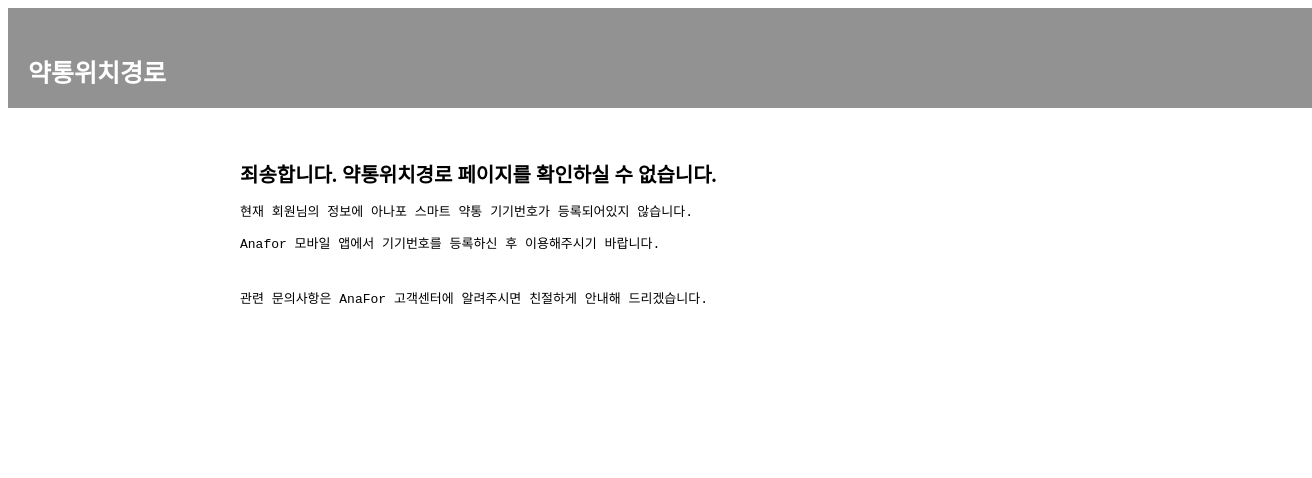
Repository: euzny/Spring-Website
Page: http://localhost/anafor/WEB-INF/views/my_info/notAccept.jsp
An editor plug-in stored every save of this project. The page is shown before and after the next save, followed by the edit.
The browser window is 1280 px wide. The page is 1312 px wide, so the pictures cover 1312 px, including what lies to the right of the window. The pictures show the whole page.
The page is served by Tomcat 9. Nobody is signed in. Other server files are loaded and not shown. The template is opened directly, without the code that normally fills it, so the values that code supplies are empty.

Above is the page before, as saved 2022-06-23 02:36:45.

### Workspace/anafor/src/main/webapp/WEB-INF/views/my_info/notAccept.jsp
<%@ page language="java" contentType="text/html; charset=UTF-8"
    pageEncoding="UTF-8"%>
<!DOCTYPE html>
<html>
<head>
<meta charset="UTF-8">
<title>Insert title here</title>
<style>
 	#header {
	   width:100%;
	   height:60px;
	   padding: 20px;
	   background-color:#929292;
	   border-bottom: 1px solid white;
	}
	#header h3{
	   font-size: 25px;
	   font-weight: bold;
	   text-align: left;
	   color: white;
	}

	#notice{
		width : 800px;
		margin: 50px auto;
	}
	#notice h3{
	   font-size: 20px;
	   font-weight:600;
	   margin-bottom:10px;
	   text-align:left;
	}
	#notice pre{
		margin-bottom:5px;
		 text-align:left;
	}
   	</style>
</head>
<body>
<div id="header">
  	<h3>약통위치경로</h3>
</div>
<div id="notice">
	<h3>죄송합니다. 약통위치경로 페이지를 확인하실 수 없습니다.</h3>
		<pre>현재 회원님의 정보에 아나포 스마트 약통 기기번호가 등록되어있지 않습니다.</pre>
		<pre>Anafor 모바일 앱에서 기기번호를 등록하신 후 이용해주시기 바랍니다.</pre>
		<br>
		<pre>관련 문의사항은 AnaFor 고객센터에 알려주시면 친절하게 안내해 드리겠습니다.</pre>
</div>
</body>
</html>

After the next save:
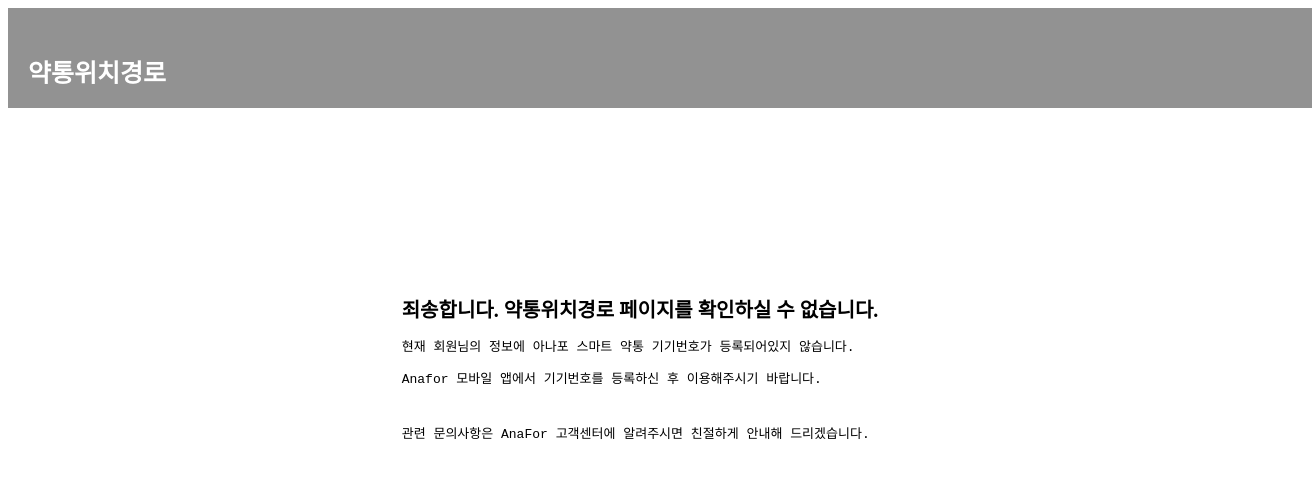
Saved 90 s later.
--- a/Workspace/anafor/src/main/webapp/WEB-INF/views/my_info/notAccept.jsp
+++ b/Workspace/anafor/src/main/webapp/WEB-INF/views/my_info/notAccept.jsp
@@ -21,8 +21,8 @@
 	}
 
 	#notice{
-		width : 800px;
-		margin: 50px auto;
+		position: absolute; left: 50%; top: 50%;
+		transform:translate(-50%, -50%);
 	}
 	#notice h3{
 	   font-size: 20px;
